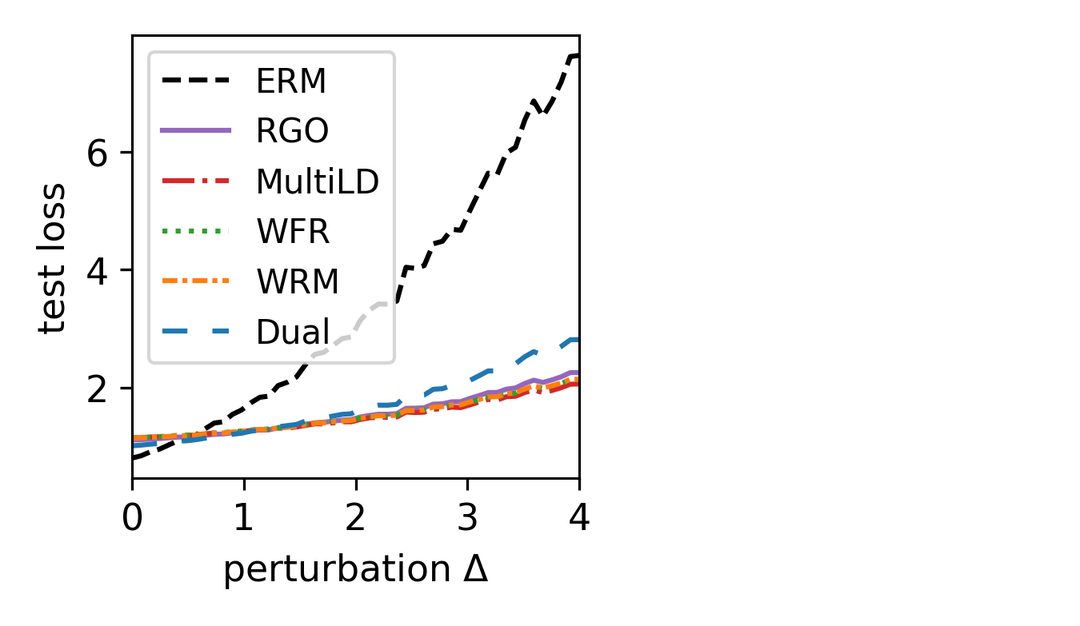
Repository: ZusenXu/GFS-DRO
Script's output: python uncertain_least_squares/uncertain_least_squares.py
An editor plug-in stored every save of this project. The script's output is shown before and after the next save, followed by the edit.
The pictures are shown at 80% of full size.
Random numbers start from a fixed seed.

Above is the script's output before, as saved 2025-09-13 20:56:04.

After the next save:
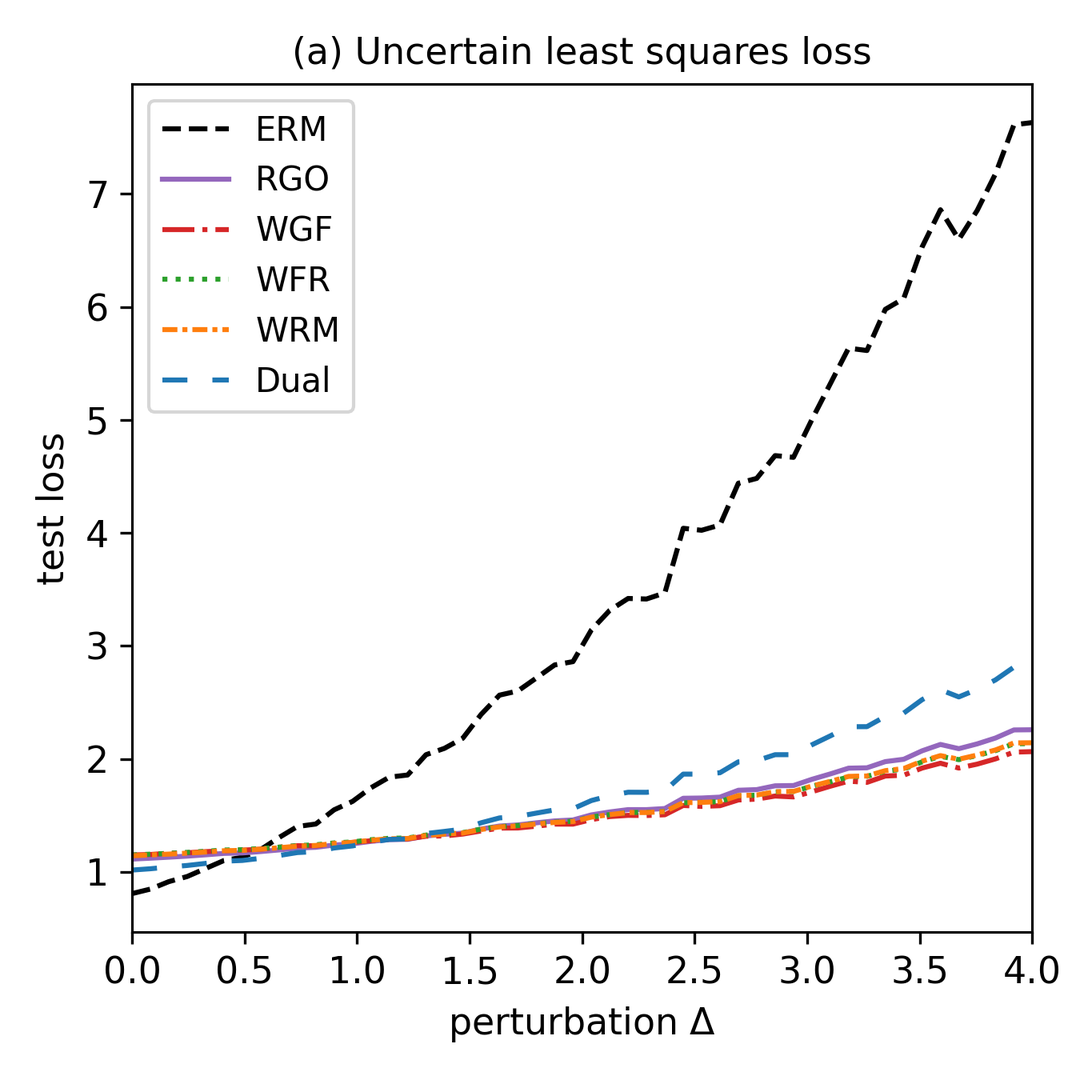
Saved 2 min 0 s later.
--- a/uncertain_least_squares/uncertain_least_squares.py
+++ b/uncertain_least_squares/uncertain_least_squares.py
@@ -27,7 +27,7 @@ GRAD_CLIP_THRESHOLD = 10.0 # 梯度裁剪阈值，防止梯度爆炸
 # RGO (算法2) 特定参数
 RGO_SMOOTHNESS_L = 0.5 # 假设的损失函数平滑度 L (需满足 LAMBDA_VAL > L/2)
 
-# MultiLD (算法3), WFR (算法4), WRM 特定参数
+# WGF (算法3), WFR (算法4), WRM 特定参数
 K_INNER_STEPS = 10  # 内部循环迭代次数 K
 INNER_STEP_SIZE = 0.01 # 内部循环步长 eta
 
@@ -117,9 +117,9 @@ def solve_rgo(xi_train_samples):
 
     return theta
 
-# --- 7. Multi-Step Langevin Dynamics (算法3) 实现 ---
-def solve_multi_ld(xi_train_samples):
-    """ 使用 Multi-step Langevin Dynamics (MultiLD) 求解 Sinkhorn DRO """
+# --- 7. Wasserstein Gradient Flow (WGF) 实现 (基于算法3) ---
+def solve_wgf(xi_train_samples):
+    """ 使用 Wasserstein Gradient Flow (WGF) 求解 Sinkhorn DRO """
     theta = np.zeros(DIM_N)
 
     def f_bar_grad_z(z, xi, current_theta):
@@ -270,8 +270,8 @@ def run_experiment():
     theta_erm = solve_erm(xi_train)
     print("正在求解 RGO 模型...")
     theta_rgo = solve_rgo(xi_train)
-    print("正在求解 MultiLD 模型...")
-    theta_multi_ld = solve_multi_ld(xi_train)
+    print("正在求解 WGF 模型...")
+    theta_wgf = solve_wgf(xi_train)
     print("正在求解 WFR 模型...")
     theta_wfr = solve_wfr(xi_train)
     print("正在求解 WRM 模型...")
@@ -281,9 +281,9 @@ def run_experiment():
     print("所有模型求解完成。")
 
     delta_values = np.linspace(DELTA_MIN, DELTA_MAX, DELTA_STEPS)
-    results = {'ERM': [], 'RGO': [], 'MultiLD': [], 'WFR': [], 'WRM': [], 'Dual': []}
+    results = {'ERM': [], 'RGO': [], 'WGF': [], 'WFR': [], 'WRM': [], 'Dual': []}
     models = {
-        'ERM': theta_erm, 'RGO': theta_rgo, 'MultiLD': theta_multi_ld,
+        'ERM': theta_erm, 'RGO': theta_rgo, 'WGF': theta_wgf,
         'WFR': theta_wfr, 'WRM': theta_wrm, 'Dual': theta_dual
     }
 
@@ -300,12 +300,12 @@ def run_experiment():
 # --- 12. 结果可视化 ---
 def plot_results(delta_values, results):
     """ 绘制所有模型损失随扰动 delta 变化的曲线 """
-    fig, ax = plt.subplots(figsize=(2.613, 2.613), dpi=300)
+    fig, ax = plt.subplots(figsize=(4.5, 4.5), dpi=300)
 
     styles = {
         'ERM': {'color': 'k', 'linestyle': '--'},
         'RGO': {'color': '#9467bd', 'linestyle': '-'},
-        'MultiLD': {'color': '#d62728', 'linestyle': '-.'},
+        'WGF': {'color': '#d62728', 'linestyle': '-.'},
         'WFR': {'color': '#2ca02c', 'linestyle': ':'},
         'WRM': {'color': '#ff7f0e', 'linestyle': (0, (3, 1, 1, 1))}, # orange, dashdotdot
         'Dual': {'color': '#1f77b4', 'linestyle': (0, (5, 5))} # blue, dashed
@@ -314,7 +314,7 @@ def plot_results(delta_values, results):
     for name, losses in results.items():
         ax.plot(delta_values, losses, linewidth=1.5, label=name, **styles[name])
 
-    #ax.set_title('(a) Uncertain least squares loss', fontsize=11)
+    ax.set_title('(a) Uncertain least squares loss', fontsize=11)
     ax.set_xlabel('perturbation $\Delta$', fontsize=11)
     ax.set_ylabel('test loss', fontsize=11)
     ax.tick_params(axis='both', which='major', labelsize=11)
@@ -324,7 +324,6 @@ def plot_results(delta_values, results):
     ax.grid(False)
     ax.legend(fontsize=10)
     plt.tight_layout()
-    plt.savefig('uncertain_least_squares_results.png', dpi=300)
     plt.show()
 
 # --- 主程序入口 ---
